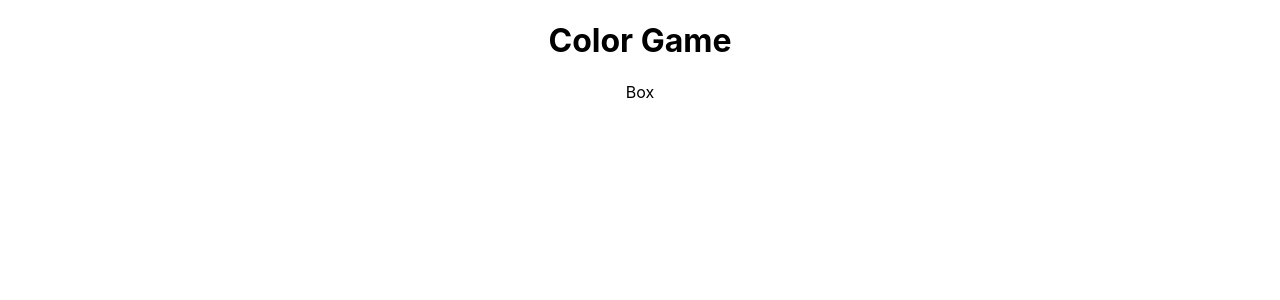
Repository: johnmutina/shades_of_blue
Page: /
An editor plug-in stored every save of this project. The page is shown before and after the next save, followed by the edit.
The browser window is 1280 px wide. The pictures show the whole page.
The project was rebuilt for these pictures with package versions that can differ from the ones it lists, and the page was loaded fresh each time.

Above is the page before, as saved 2019-06-22 14:21:36.

### src/App.js
import React from 'react';
import ColorBoxes from './ColorBoxes';
import './App.css';

function App() {
  return (
    <div className="App">
      <ColorBoxes />
    </div>
  );
}

export default App;

### src/ColorBoxes.js
import React, { Component } from 'react';
import ColorBox from './ColorBox';

class ColorBoxes extends Component {
    constructor(props){
        super(props);
        this.state = {

        }
    }
    render(){
        let colorArr = ['#FF6633', '#FFB399', '#FF33FF', '#FFFF99', '#00B3E6', '#E6B333', '#3366E6', '#999966', '#99FF99', '#B34D4D', '#80B300', '#809900', '#E6B3B3', '#6680B3', '#66991A', '#FF99E6', '#CCFF1A', '#FF1A66', '#E6331A', '#33FFCC', '#66994D', '#B366CC', '#4D8000', '#B33300', '#CC80CC', '#66664D', '#991AFF', '#E666FF', '#4DB3FF', '#1AB399', '#E666B3', '#33991A', '#CC9999', '#B3B31A', '#00E680', '#4D8066', '#809980', '#E6FF80', '#1AFF33', '#999933', '#FF3380', '#CCCC00', '#66E64D', '#4D80CC', '#9900B3', '#E64D66', '#4DB380', '#FF4D4D', '#99E6E6', '#6666FF'];

        return (
            <div>
                <h1>Color Game</h1>
                <ColorBox />
            </div>
        )
    }
}

export default ColorBoxes;

### src/ColorBox.js
import React, { Component } from 'react';

class ColorBox extends Component {
    render(){
        return (
            <div style={{backgroundColor: this.props.color}}>Box</div>
        )
    }
}

export default ColorBox;

Loaded but not shown: public/index.html (common file); src/index.js (common file); src/index.css (common file); src/serviceWorker.js (common file); src/App.css (common file)

After the next save:
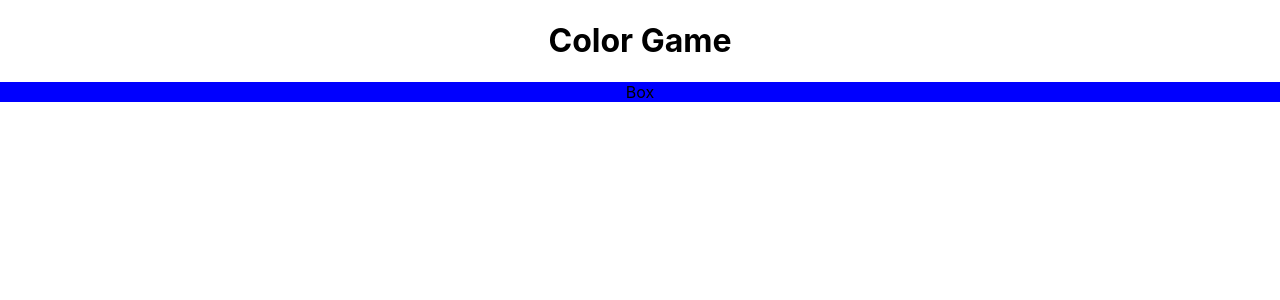
Saved 11 s later.
--- a/src/ColorBoxes.js
+++ b/src/ColorBoxes.js
@@ -14,7 +14,7 @@ class ColorBoxes extends Component {
         return (
             <div>
                 <h1>Color Game</h1>
-                <ColorBox />
+                <ColorBox color="blue"/>
             </div>
         )
     }
